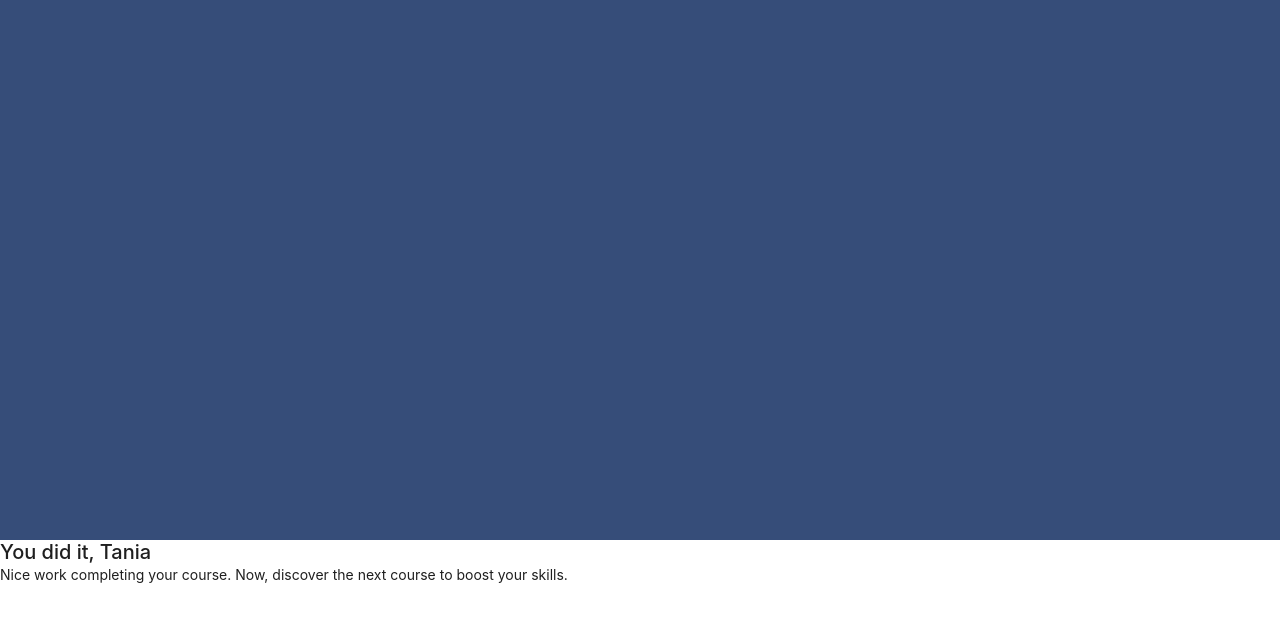
Repository: Taniafdes/newProject
Page: /
An editor plug-in stored every save of this project. The page is shown before and after a run of saves, followed by the edit.
The browser window is 1280 px wide. The pictures show the whole page.
The project was rebuilt for these pictures with package versions that can differ from the ones it lists, and the page was loaded fresh each time. The framework's server and built-in components were replaced by stand-ins that run in the browser. Also part of the build but not shown: next.config.js.

Above is the page before, as saved 2023-06-15 16:32:46.

After the next 2 saves:
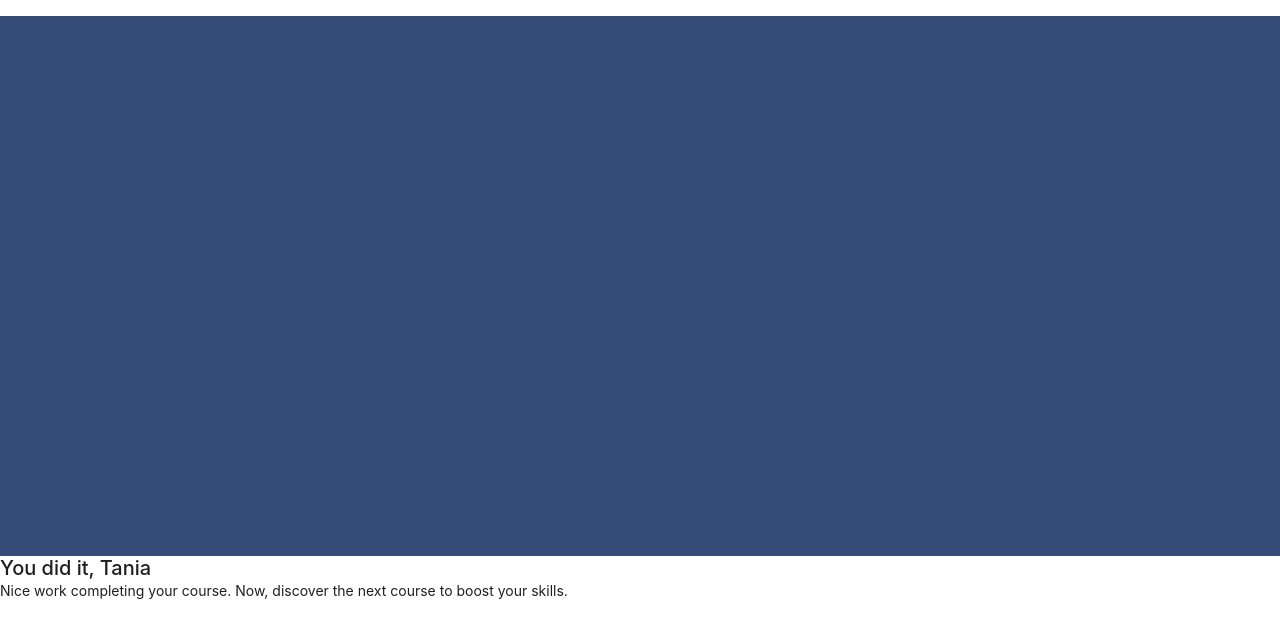
The 2 saves are shown as one change because they came seconds apart.
The last was saved 39 s later.
--- a/components/MyFirst.js
+++ b/components/MyFirst.js
@@ -1,9 +1,11 @@
 import React from 'react'
 import Home from '../pages/home/home'
+import { Navbar } from 'react-bootstrap'
 
 function MyFirst() {
   return (
     <div>
+    <Navbar />
       <Home />
     </div>
   )
